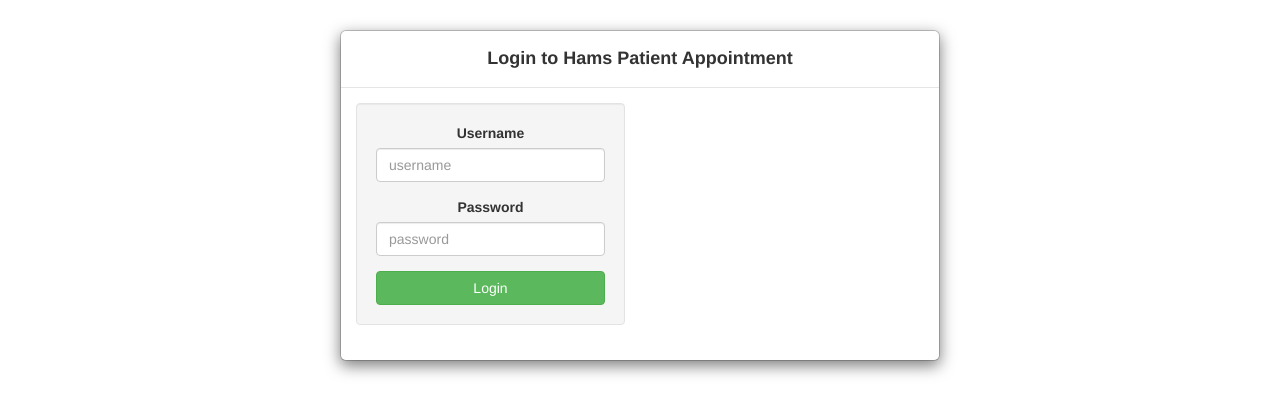
Repository: shiveshk/PullData
Page: http://localhost/Hams/
These files come from the project's save history. The page is drawn as it stood at one moment and after the next save; the edit follows.
The browser window is 1280 px wide. The pictures show the whole page.
The page is served by Tomcat 9. Nobody is signed in. The application's start-up code is not run. Other server files are loaded and not shown.

Above is the page before, as saved 2015-11-04 14:30:36.
Console error (its wording comes from the project's code and is left out).

### Hams/WebContent/index.jsp
<%@ page language="java" contentType="text/html; charset=ISO-8859-1"
    pageEncoding="ISO-8859-1"%>
<!DOCTYPE html>
<html>
<head>
<meta http-equiv="Content-Type" content="text/html; charset=ISO-8859-1">
<link rel="stylesheet" href="http://maxcdn.bootstrapcdn.com/bootstrap/3.3.5/css/bootstrap.min.css">
  <script src="http://maxcdn.bootstrapcdn.com/bootstrap/3.3.5/js/bootstrap.min.js"></script>
  <link rel="stylesheet" type="text/css" href="style.css"/>
<title>Login</title>
</head>
<body>
<center>


    <div id="login-overlay" class="modal-dialog">
      <div class="modal-content">
          <div class="modal-header">
              <h4 class="modal-title" id="myModalLabel"><b>Login to Hams Patient Appointment </b></h4>
          </div>
          <div class="modal-body">
              <div class="row">
                  <div class="col-xs-6">
                      <div class="well">
                          <form id="loginForm" method="POST" action="LoginServlet">
                              <div class="form-group">
                                  <label for="username" class="control-label">Username</label>
                                  <input type="text" class="form-control" name="name" value=""  title="Please enter your username" placeholder="username">
                                  <span class="help-block"></span>
                              </div>
                              <div class="form-group">
                                  <label for="password" class="control-label">Password</label>
                                  <input type="password" class="form-control" name="password" placeholder="password" value="" title="Please enter your password">
                                  <span class="help-block"></span>
                              </div>

                              <button type="submit" value="login" name="submit" class="btn btn-success btn-block">Login</button>
                          </form>
                      </div>
                  </div>
                  </div>

      </div>
</div>
  </div>
<script type="text/javascript">

</script>

</center>
</body>
</html>

### Hams/WebContent/style/style.css
@CHARSET "ISO-8859-1";
/* Basic Grey */
.basic-grey {
    margin-left:auto;
    margin-right:auto;
    max-width: 500px;
    background: #F7F7F7;
    padding: 25px 15px 25px 10px;
    font: 12px Georgia, "Times New Roman", Times, serif;
    color: #888;
    text-shadow: 1px 1px 1px #FFF;
    border:1px solid #E4E4E4;
}
.basic-grey h1 {
    font-size: 25px;
    padding: 0px 0px 10px 40px;
    display: block;
    border-bottom:1px solid #E4E4E4;
    margin: -10px -15px 30px -10px;;
    color: #888;
}
.basic-grey h1>span {
    display: block;
    font-size: 11px;
}
.basic-grey label {
    display: block;
    margin: 0px;
}
.basic-grey label>span {
    float: left;
    width: 20%;
    text-align: right;
    padding-right: 10px;
    margin-top: 10px;
    color: #888;
}
.basic-grey input[type="text"], .basic-grey input[type="email"], .basic-grey textarea, .basic-grey select {
    border: 1px solid #DADADA;
    color: #888;
    height: 30px;
    margin-bottom: 16px;
    margin-right: 6px;
    margin-top: 2px;
    outline: 0 none;
    padding: 3px 3px 3px 5px;
    width: 70%;
    font-size: 12px;
    line-height:15px;
    box-shadow: inset 0px 1px 4px #ECECEC;
    -moz-box-shadow: inset 0px 1px 4px #ECECEC;
    -webkit-box-shadow: inset 0px 1px 4px #ECECEC;
}
.basic-grey textarea{
    padding: 5px 3px 3px 5px;
}
.basic-grey select {
    background: #FFF url('down-arrow.png') no-repeat right;
    background: #FFF url('down-arrow.png') no-repeat right);
    appearance:none;
    -webkit-appearance:none;
    -moz-appearance: none;
    text-indent: 0.01px;
    text-overflow: '';
    width: 70%;
    height: 35px;
    line-height: 25px;
}
.basic-grey textarea{
    height:100px;
}
.basic-grey .button {
    background: #E27575;
    border: none;
    padding: 10px 25px 10px 25px;
    color: #FFF;
    box-shadow: 1px 1px 5px #B6B6B6;
    border-radius: 3px;
    text-shadow: 1px 1px 1px #9E3F3F;
    cursor: pointer;
}
.basic-grey .button:hover {
    background: #CF7A7A
}

After the next save:
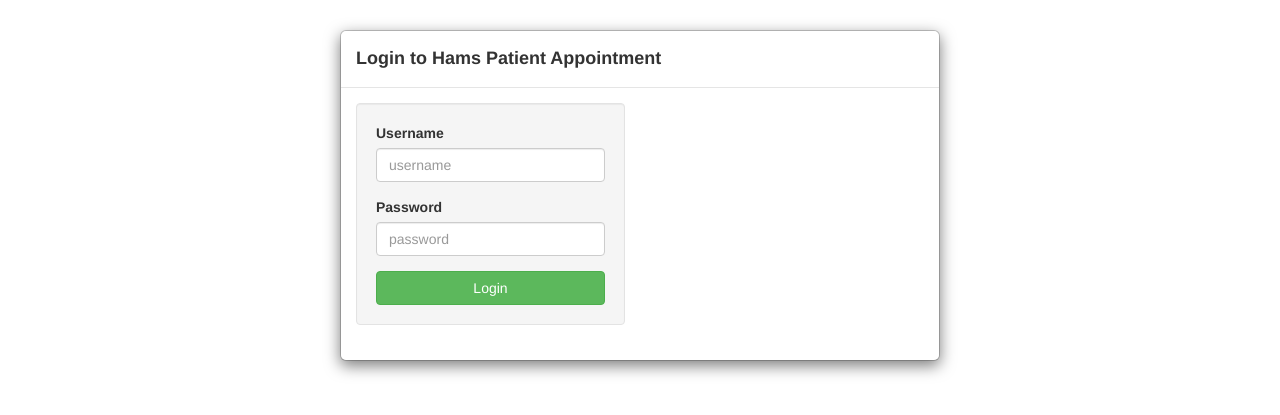
Saved 18 s later.
--- a/Hams/WebContent/index.jsp
+++ b/Hams/WebContent/index.jsp
@@ -10,7 +10,7 @@
 <title>Login</title>
 </head>
 <body>
-<center>
+
 
 
     <div id="login-overlay" class="modal-dialog">
